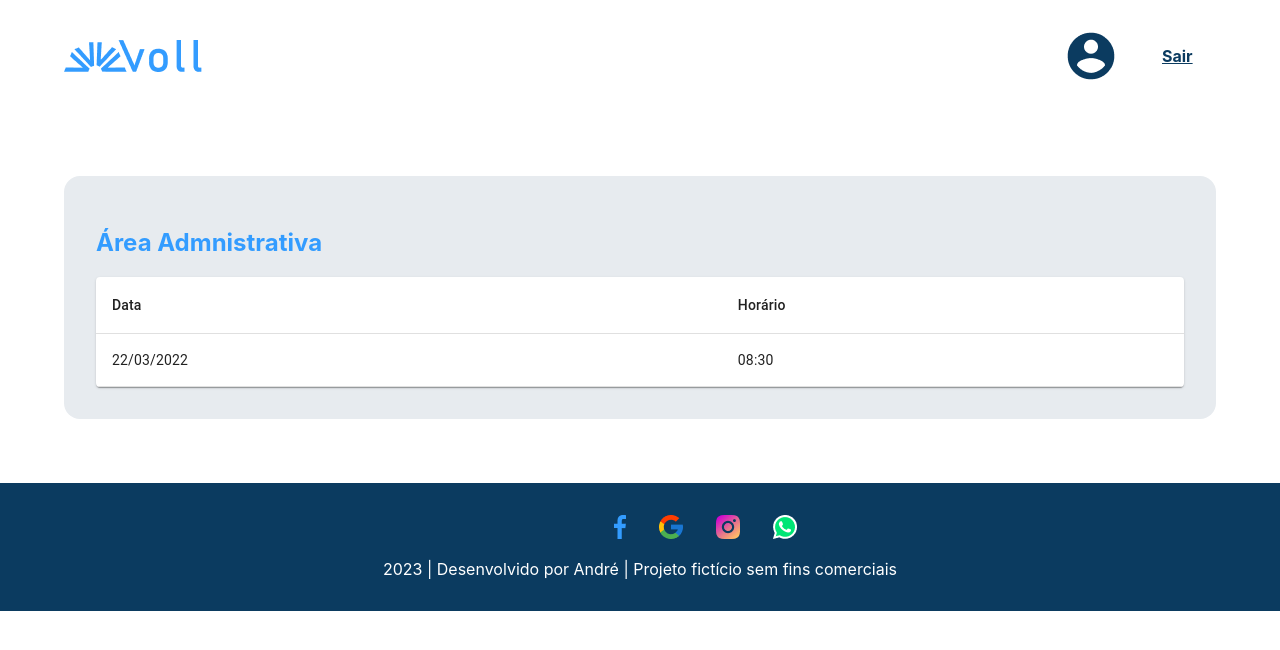
Repository: andrevff/voll-main
Page: /
An editor plug-in stored every save of this project. The page is shown before and after a run of saves, followed by the edit.
The browser window is 1280 px wide. The pictures show the whole page.
The project was rebuilt for these pictures with package versions that can differ from the ones it lists, and the page was loaded fresh each time. Also part of the build but not shown: src/App.css.

Above is the page before, as saved 2023-07-31 21:32:15.

### src/App.tsx
import './App.css';
import Cabecalho from './components/cabecalho';
import Container from './components/container';
import Rodape from './components/rodape';
import Tabela from './components/tabela';
import Titulo from './components/titulo';

function App() {
  return (
    <>
      <Cabecalho />
      <Container>
        <Titulo>Área Admnistrativa</Titulo>
        <Tabela />
      </Container>
      <Rodape />
    </>
  );
}

export default App;

### src/components/cabecalho/index.tsx
/* eslint-disable jsx-a11y/anchor-is-valid */
import styled from 'styled-components'
import logo from './assets/logo.png'
import perfil from './assets/perfil.png'

const CabecalhoEstilizado = styled.header`
    display: flex;
    align-items: center;
    justify-content: space-between;
    padding: 2em 4em;
`

const Container = styled.div`
    display: flex;
    align-items: center;
    justify-content: space-around;
    flex-grow: .1;
`

const LinkEstilizado = styled.a`
    color: var(--azul-escuro);
    font-weight: 700;
`

export default function Cabecalho(){
    return(
        <CabecalhoEstilizado>
            <img src={logo} alt="Logo da empresa Voll" />
            <Container>
                <img src={perfil} alt="Imagem de perfil do usuário" />
                <LinkEstilizado href="#">Sair</LinkEstilizado>
            </Container>
        </CabecalhoEstilizado>
    )

}

### src/components/container/index.tsx
import styled from "styled-components";

const Container = styled.section`
    background-color: var(--cinza-claro);
    margin: 4em;
    border-radius: 16px;
    padding: 2em;
    height: 100%;
`

export default Container

### src/components/rodape/index.tsx
/* eslint-disable jsx-a11y/anchor-has-content */
/* eslint-disable jsx-a11y/anchor-is-valid */
import styled from 'styled-components'
import facebook from './assets/facebook.png'
import google from './assets/google.png'
import instagram from './assets/instagram.png'
import whatsapp from './assets/whatsapp.png'

const RodapeEstilizado = styled.footer`
    height: 100%;
    color: white;
    padding: 1em;
    background-color: var(--azul-escuro);
    text-align: center;
`

const ListaEstilizada = styled.ul`
    display: flex;
    justify-content: space-around;
    width: 10%;
    margin: 1em auto;
`

const ItemEstilizado = styled.li`
    list-style-type: none;
    padding: 0 1em;
`

export default function Rodape(){
    return(
        <RodapeEstilizado>
            <ListaEstilizada>
                <ItemEstilizado>
                    <a href="#">
                        <img src={facebook} alt="Logo do Facebook" />
                    </a>
                </ItemEstilizado>
                <ItemEstilizado>
                    <a href="#">
                        <img src={google} alt="Logo do Google" />
                    </a>
                </ItemEstilizado>
                <ItemEstilizado>
                    <a href="#">
                        <img src={instagram} alt="Logo do Instagram" />
                    </a>
                </ItemEstilizado>
                <ItemEstilizado>
                    <a href="#">
                        <img src={whatsapp} alt="Logo do WhatsApp" />
                    </a>
                </ItemEstilizado>
            </ListaEstilizada>
            <p>2023 | Desenvolvido por André | Projeto fictício sem fins comerciais</p>
        </RodapeEstilizado>
    )
}

### src/components/tabela/index.tsx
import { Paper } from "@mui/material";
import TableContainer from "@mui/material/TableContainer/TableContainer";
import Table from "@mui/material/Table/Table";
import TableHead from "@mui/material/TableHead/TableHead";
import TableRow from "@mui/material/TableRow/TableRow";
import TableCell from "@mui/material/TableCell/TableCell";
import TableBody from "@mui/material/TableBody/TableBody";

export default function Tabela() {
    return(
        <>
            <TableContainer component = {Paper}>
                <Table sx={{minWidth: 700}} aria-label="tabela-customizada">
                    <TableHead>
                        <TableRow>
                            <TableCell>Data</TableCell>
                            <TableCell>Horário</TableCell>
                        </TableRow>
                    </TableHead>
                    <TableBody>
                        <TableRow>
                            <TableCell component="th" scope="row">22/03/2022</TableCell>
                            <TableCell>08:30</TableCell>
                        </TableRow>
                    </TableBody>
                </Table>
            </TableContainer>
        </>
    )
}

### src/components/titulo/index.tsx
/* eslint-disable jsx-a11y/heading-has-content */
import avaliacao from './assets/avaliacao.png'
import grafico from './assets/grafico.png'
import consulta from './assets/consulta.png'
import React from 'react'
import styled from 'styled-components'

interface Props{
    imagem?: string,
    children?: React.ReactNode
}

interface IImagens{
    avaliacao: string,
    grafico: string,
    consulta: string
}

const SpanEstilizado = styled.span<Props>`
    background: no-repeat;
    background-position: center;
    background-size: cover;
    width: 25px;
    height: 25px;
    background-image: ${props => props.imagem ? `url(${props.imagem})` : 'none'};
`

const TituloEstilizado = styled.h2`
    color: var(--azul-claro);
`

const ContainerEstilizado = styled.div`
    display: flex;
    align-items: center;
`

export default function Titulo({ imagem, children }: Props){

    const listaDeImagens: IImagens = {
        avaliacao: avaliacao,
        grafico: grafico,
        consulta: consulta
    }

    return(
        <ContainerEstilizado>
            {imagem && <SpanEstilizado imagem={listaDeImagens[imagem as keyof IImagens]} />}
            <TituloEstilizado>{children}</TituloEstilizado>
        </ContainerEstilizado>
    )
}

Loaded but not shown: public/index.html (common file); src/index.tsx (common file); src/index.css (common file)

After the next 3 saves:
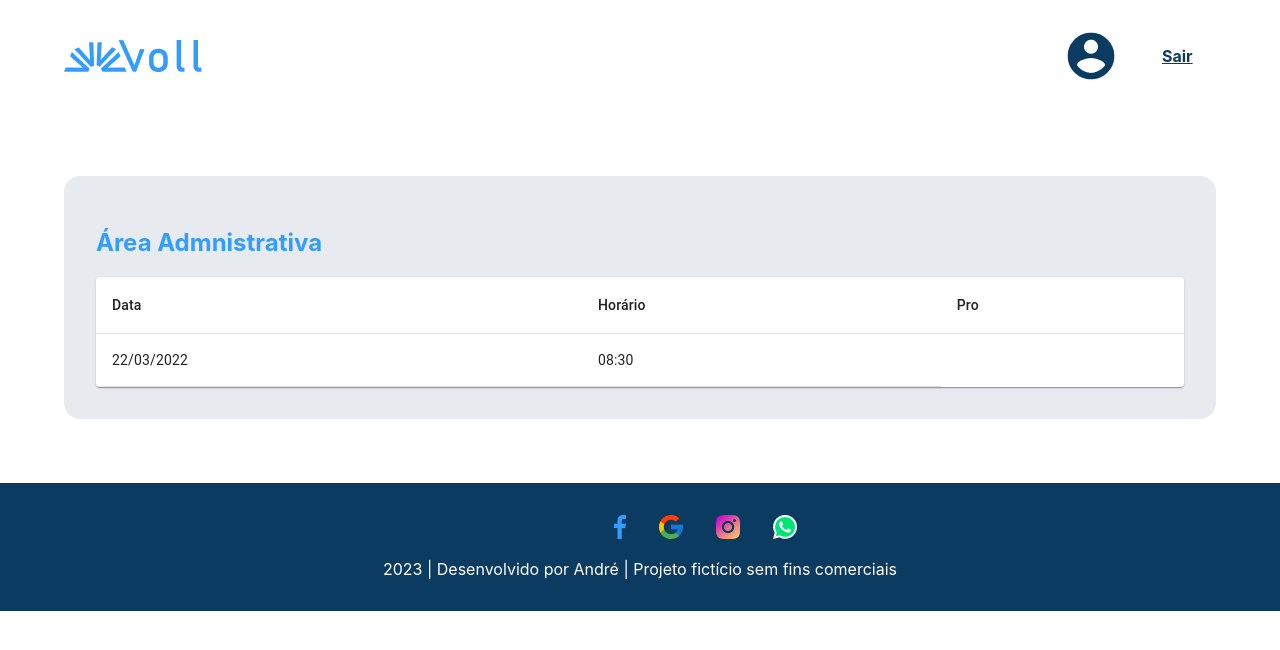
The 3 saves are shown as one change because they came seconds apart.
The last was saved 17 s later.
--- a/src/components/tabela/index.tsx
+++ b/src/components/tabela/index.tsx
@@ -15,6 +15,7 @@ export default function Tabela() {
                         <TableRow>
                             <TableCell>Data</TableCell>
                             <TableCell>Horário</TableCell>
+                            <TableCell>Pro</TableCell>
                         </TableRow>
                     </TableHead>
                     <TableBody>
